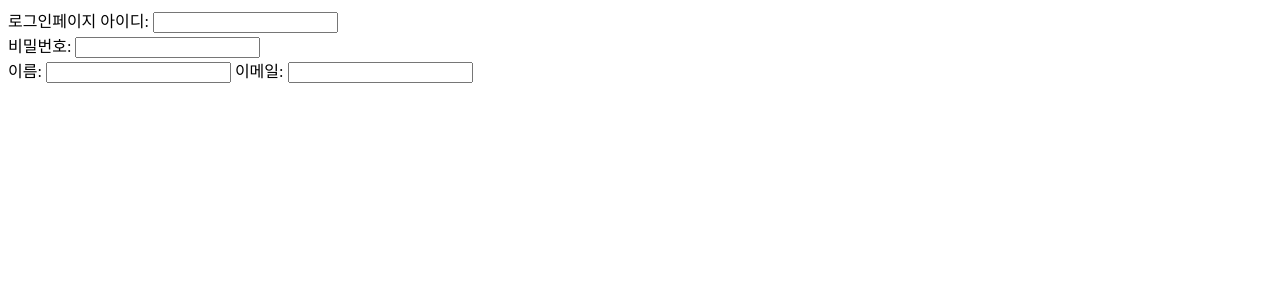
Repository: kzzzzmi/spring
Page: http://localhost/SpringStudy/signin
These files come from the project's save history. The page is drawn as it stood at one moment and after the next save; the edit follows.
The browser window is 1280 px wide. The pictures show the whole page.
The page is served by Tomcat 9. Other server files are loaded and not shown.

Above is the page before, as saved 2021-12-15 05:35:55.

### SpringStudy/src/main/webapp/WEB-INF/views/auth/signin.jsp
<%@ page language="java" contentType="text/html; charset=UTF-8"
    pageEncoding="UTF-8"%>
<!DOCTYPE html>
<html>
<head>
<meta charset="UTF-8">
<title>로그인</title>
</head>
<body>
로그인페이지
아이디: <input type="text" name="username"><br>
비밀번호:  <input type="password" name="password"><br>
이름: <input type="text" name="name">
이메일: <input type="email" name="">
</body>
</html>

After the next save:
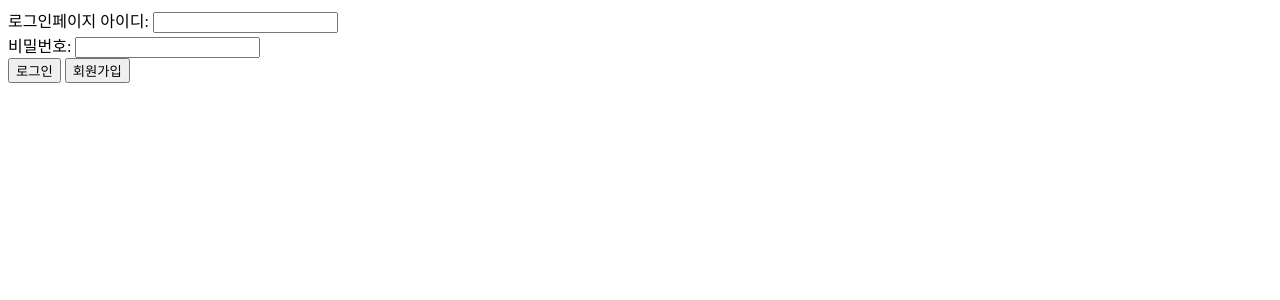
Saved 28 s later.
--- a/SpringStudy/src/main/webapp/WEB-INF/views/auth/signin.jsp
+++ b/SpringStudy/src/main/webapp/WEB-INF/views/auth/signin.jsp
@@ -10,7 +10,7 @@
 로그인페이지
 아이디: <input type="text" name="username"><br>
 비밀번호:  <input type="password" name="password"><br>
-이름: <input type="text" name="name">
-이메일: <input type="email" name="">
+<button>로그인</button>
+<button>회원가입</button>
 </body>
 </html>
